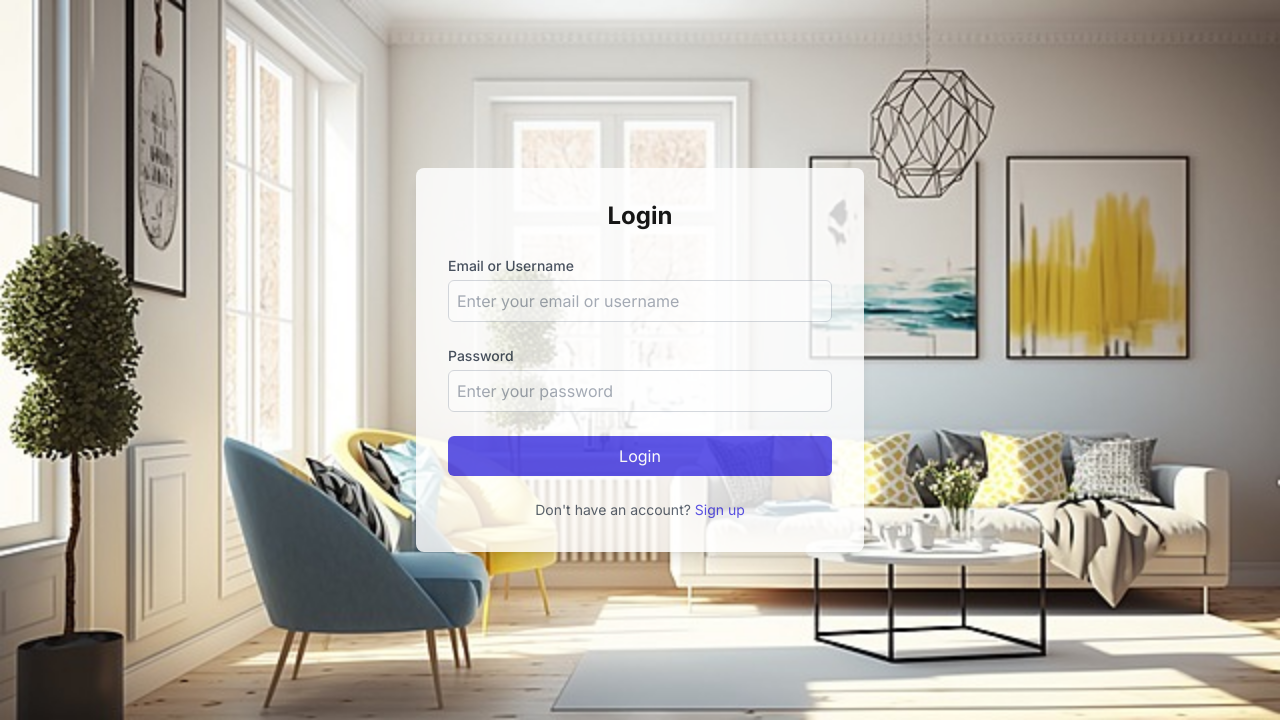
Repository: NassimeElkamari/Horizon-Housing
Page: /login
The author's editor kept a copy of each file at every save. The page is drawn from the files as they stood at one save, then again after a run of saves.
The browser window is 1280 px wide. The pictures show the whole page.
The project was rebuilt for these pictures with package versions that can differ from the ones it lists, and the page was loaded fresh each time. The framework's server and built-in components were replaced by stand-ins that run in the browser. Also part of the build but not shown: next.config.mjs.

Above is the page before, as saved 2024-08-28 21:45:21.

### src/app/login/page.tsx
'use client';

import { useState } from 'react';
import { useRouter } from 'next/navigation';

const LoginPage = () => {
  const [identifier, setIdentifier] = useState(''); // can be email or username
  const [password, setPassword] = useState('');
  const [error, setError] = useState('');
  const router = useRouter();

  const handleSubmit = async (e: React.FormEvent) => {
    e.preventDefault();
    setError('');

    const response = await fetch('/api/auth/login', {
      method: 'POST',
      headers: {
        'Content-Type': 'application/json',
      },
      body: JSON.stringify({ identifier, password }),
    });

    const data = await response.json();

    if (response.ok) {
      localStorage.setItem('token', data.token);
      router.push('/dashboard');
    } else {
      setError(data.message || 'Login failed');
    }
  };

  return (
    <div className="min-h-screen bg-gray-100 flex items-center justify-center bg-cover"  style={{ backgroundImage: "url('/bg2.jpg')" }}>
      <div className="bg-white p-8 rounded-lg shadow-lg w-full max-w-md opacity-90 bg-opacity-90">
        <h2 className="text-2xl font-bold mb-6 text-center">Login</h2>
        {error && <p className="text-red-500 text-center mb-4">{error}</p>}
        <form onSubmit={handleSubmit} className="space-y-6">
          <div>
            <label htmlFor="identifier" className="block text-sm font-medium text-gray-700">
              Email or Username
            </label>
            <input
              id="identifier"
              type="text"
              value={identifier}
              onChange={(e) => setIdentifier(e.target.value)}
              className="mt-1 w-full p-2 border border-gray-300 text-black rounded-md focus:ring-indigo-500 focus:border-indigo-500"
              placeholder="Enter your email or username"
              required
            />
          </div>
          <div>
            <label htmlFor="password" className="block text-sm font-medium text-gray-700">
              Password
            </label>
            <input
              id="password"
              type="password"
              value={password}
              onChange={(e) => setPassword(e.target.value)}
              className="mt-1 w-full p-2 border text-black border-gray-300 rounded-md focus:ring-indigo-500 focus:border-indigo-500"
              placeholder="Enter your password"
              required
            />
          </div>
          <button
            type="submit"
            className="w-full bg-indigo-600 text-white py-2 px-4 rounded-md hover:bg-indigo-700 focus:outline-none focus:ring-2 focus:ring-indigo-500 focus:ring-offset-2"
          >
            Login
          </button>
        </form>
        <p className="mt-6 text-center text-sm text-gray-600">
          Don't have an account?{' '}
          <a href="/register" className="text-indigo-600 hover:text-indigo-500">
            Sign up
          </a>
        </p>
      </div>
    </div>
  );
};

export default LoginPage;

Loaded but not shown: src/app/layout.tsx (common file); src/app/globals.css (common file); tailwind.config.ts (common file)

After the next 2 saves:
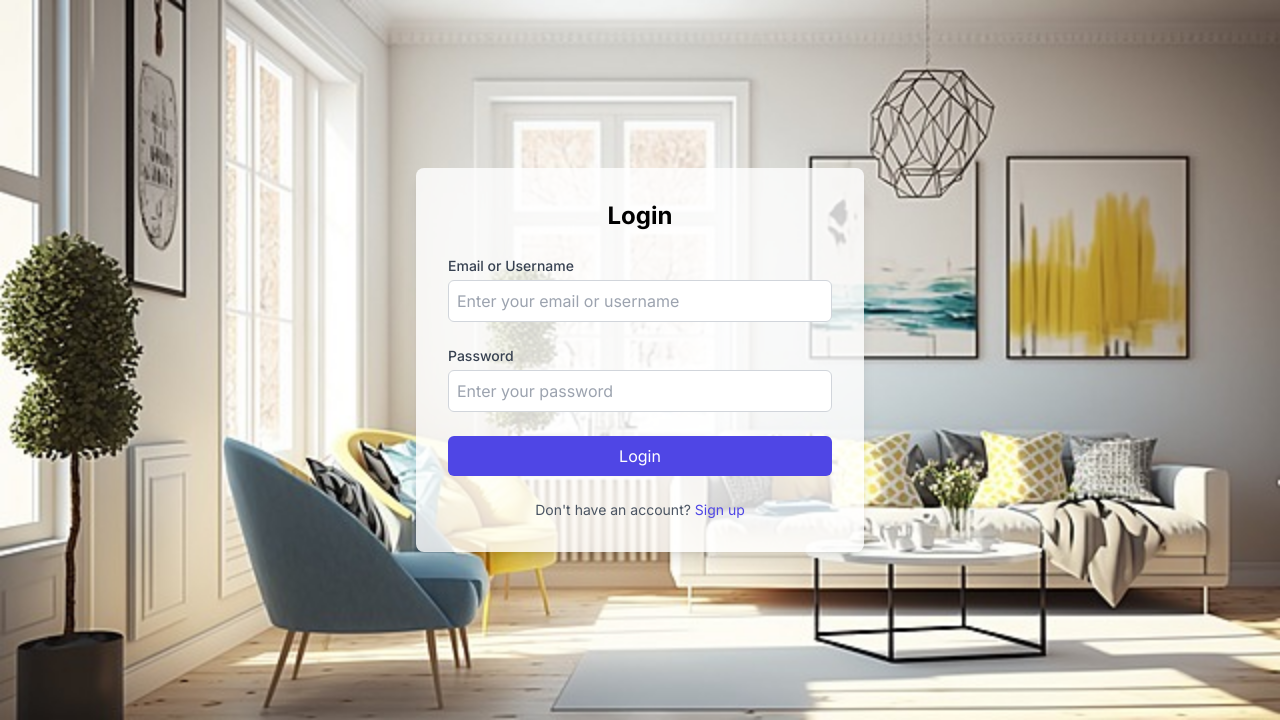
The 2 saves are shown as one change because they came seconds apart.
The last was saved 7 s later.
--- a/src/app/login/page.tsx
+++ b/src/app/login/page.tsx
@@ -33,7 +33,7 @@ const LoginPage = () => {
 
   return (
     <div className="min-h-screen bg-gray-100 flex items-center justify-center bg-cover"  style={{ backgroundImage: "url('/bg2.jpg')" }}>
-      <div className="bg-white p-8 rounded-lg shadow-lg w-full max-w-md opacity-90 bg-opacity-90">
+      <div className="bg-white p-8 rounded-lg shadow-lg w-full max-w-md  bg-opacity-80">
         <h2 className="text-2xl font-bold mb-6 text-center">Login</h2>
         {error && <p className="text-red-500 text-center mb-4">{error}</p>}
         <form onSubmit={handleSubmit} className="space-y-6">
